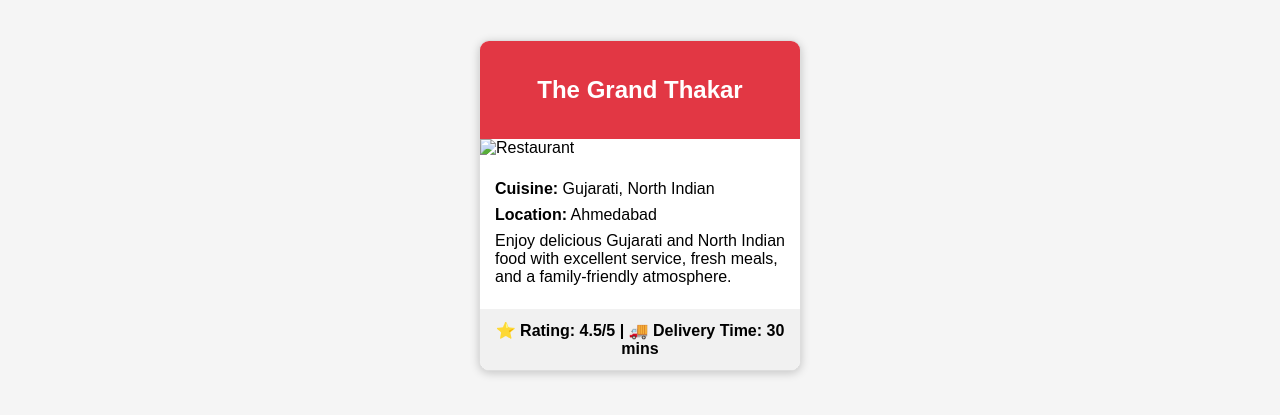
Repository: avishahir4812-crypto/Web-Development-Assignment
Page: session 4/task2.html
These files come from the project's save history. The page is drawn as it stood at one moment and after the next save; the edit follows.
The browser window is 1280 px wide. The pictures show the whole page.

Above is the page before, as saved 2026-06-28 17:49:08.
Not found: images/thali.jpg

### session 4/task2.html
<!DOCTYPE html>
<html lang="en">
<head>
    <meta charset="UTF-8">
    <meta name="viewport" content="width=device-width, initial-scale=1.0">
    <title>Zomato Restaurant Card</title>

    <style>
        body{
            font-family: Arial, sans-serif;
            background-color:#f5f5f5;
            margin:40px;
        }

        article{
            width:320px;
            margin:auto;
            background:white;
            border:1px solid #ddd;
            border-radius:10px;
            overflow:hidden;
            box-shadow:0 2px 10px rgba(0,0,0,0.2);
        }

        header{
            background:#e23744;
            color:white;
            text-align:center;
            padding:15px;
        }

        img{
            width:100%;
            height:220px;
            object-fit:cover;
        }

        .content{
            padding:15px;
        }

        .content p{
            margin:8px 0;
        }

        footer{
            background:#f1f1f1;
            text-align:center;
            padding:12px;
            font-weight:bold;
        }
    </style>

</head>
<body>

    <article>

        <header>
            <h2>The Grand Thakar</h2>
        </header>

        <img src="/images/thali.jpg" alt="Restaurant">

        <div class="content">

            <p><strong>Cuisine:</strong> Gujarati, North Indian</p>

            <p><strong>Location:</strong> Ahmedabad</p>

            <p>
                Enjoy delicious Gujarati and North Indian food with
                excellent service, fresh meals, and a family-friendly
                atmosphere.
            </p>

        </div>

        <footer>
            ⭐ Rating: 4.5/5 | 🚚 Delivery Time: 30 mins
        </footer>

    </article>

</body>
</html>

After the next save:
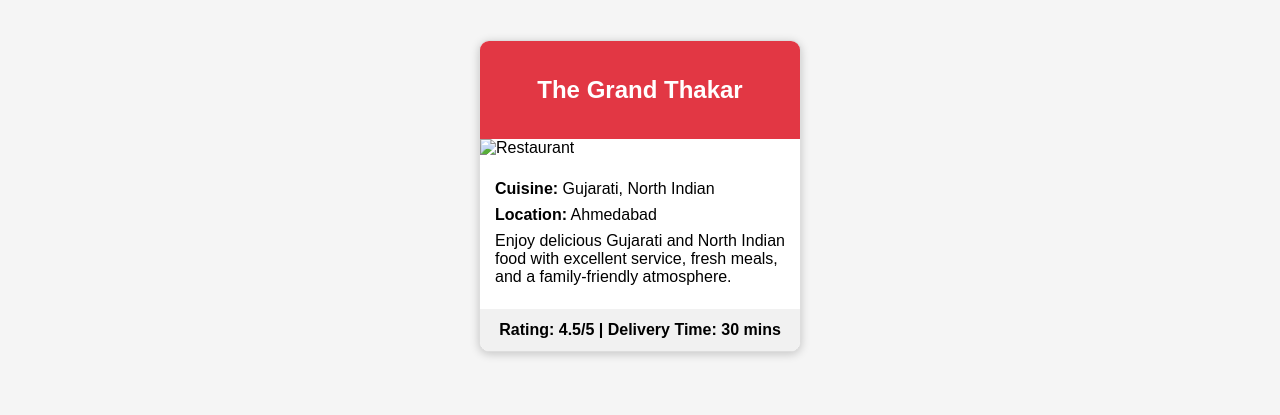
Saved 3 min 2 s later.
--- a/session 4/task2.html
+++ b/session 4/task2.html
@@ -77,7 +77,7 @@
         </div>
 
         <footer>
-            ⭐ Rating: 4.5/5 | 🚚 Delivery Time: 30 mins
+             Rating: 4.5/5 |  Delivery Time: 30 mins
         </footer>
 
     </article>
